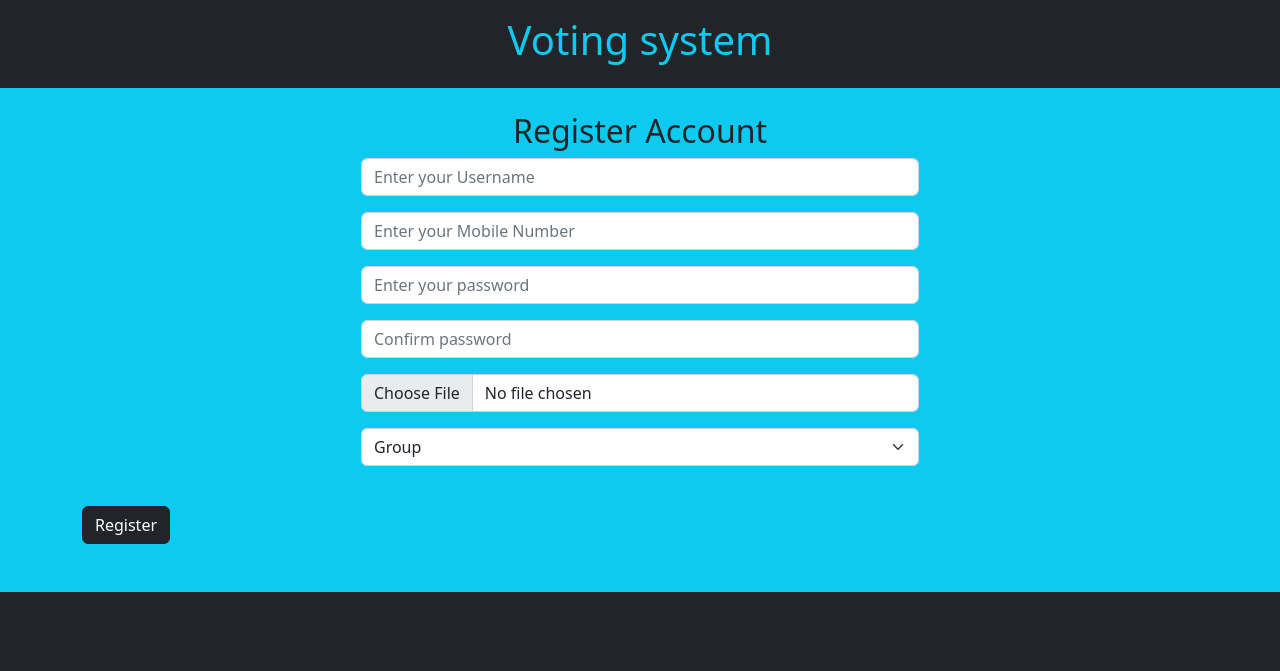
Repository: AvinashLikesToLearnNewStuff/VotingSite
Page: http://localhost/partials/registration.php
These files come from the project's save history. The page is drawn as it stood at one moment and after the next save; the edit follows.
The browser window is 1280 px wide. The pictures show the whole page.
The page is run by PHP 8.4 with error messages shown; the project is at /var/www/html/.

Above is the page before, as saved 2023-03-09 10:35:49.

After the next save:
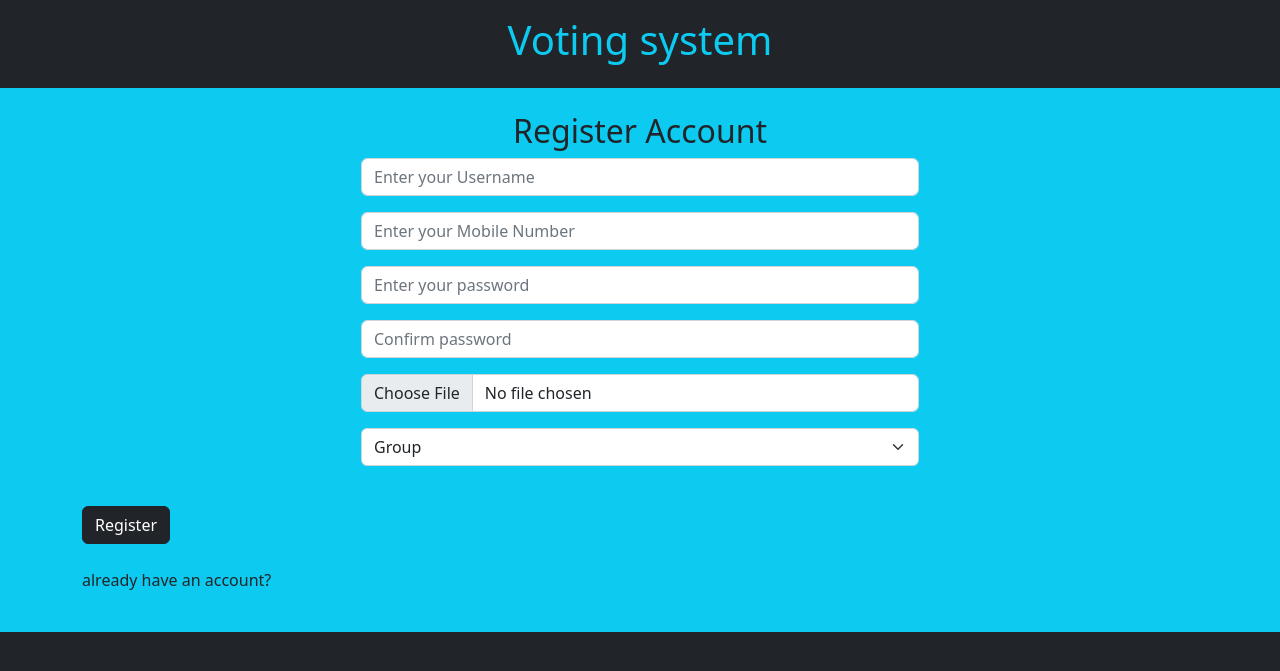
Saved 34 s later.
--- a/partials/registration.php
+++ b/partials/registration.php
@@ -41,6 +41,7 @@
                     </select>
                 </div>
                 <button type="submit" class="btn btn-dark my-4">Register</button>
+                <p>already have an account? </p>
             </form>
         </div>
 
